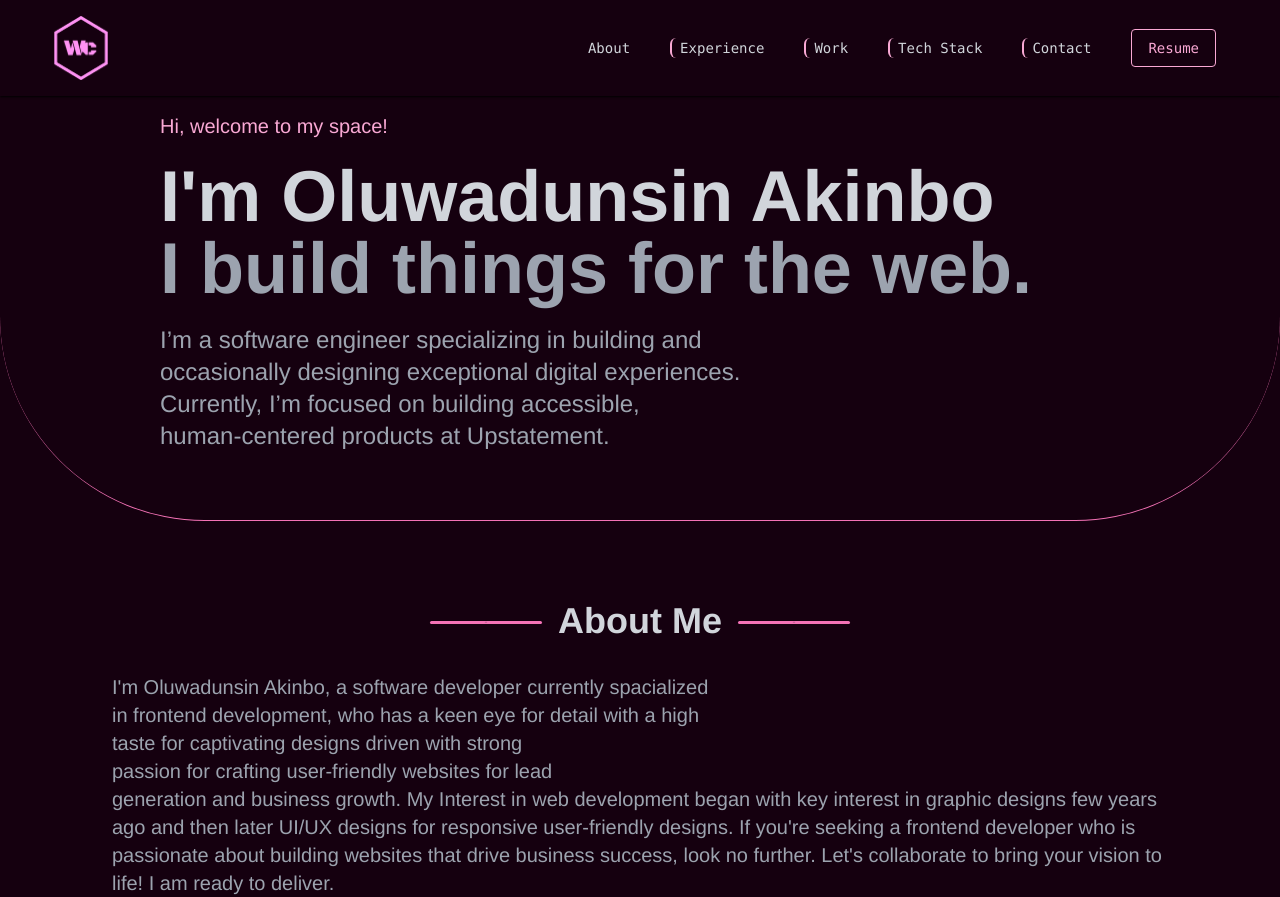
Repository: EmmyDunny1/myPortfolio
Page: / (app in MyPortfolio/)
The author's editor kept a copy of each file at every save. The page is drawn from the files as they stood at one save, then again after the next save.
The browser window is 1280 px wide. The pictures show the whole page.
The project was rebuilt for these pictures with package versions that can differ from the ones it lists, and the page was loaded fresh each time. Also part of the build but not shown: MyPortfolio/vite.config.js.

Above is the page before, as saved 2025-01-14 11:15:55.

### MyPortfolio/index.html
<!doctype html>
<html lang="en">
  <head>
    <meta charset="UTF-8" />
    <link rel="icon" type="image/svg+xml" href="/vite.svg" />
    <meta name="viewport" content="width=device-width, initial-scale=1.0" />
    <title>My Portfolio Website</title>
  </head>
  <body>
    <div id="root"></div>
    <script type="module" src="/src/main.jsx"></script>
  </body>
</html>

### MyPortfolio/src/index.css
@tailwind base;
@tailwind components;
@tailwind utilities;


body{

    max-width: 90rem;
  /* margin-left: 2rem;
  margin-right: 2rem; */
  background:   rgb(21, 0, 15);
  font-family: "Helvetica Neue";
  }

  img {
    width: 12rem;
    height: 7rem;
  }

  p{ font-size: 14px

  }

### MyPortfolio/src/App.jsx
import React from 'react'
import Navbar from './components/Navbar'
import HeroSection from './components/HeroSection'
import AboutMe from './components/AboutMe'
const App = () => {
  return (
    <div>
    <div className=''> <Navbar/> </div>
    <div className='mt-[7rem] border-b border-solid border-pink-400 rounded-full pb-[3rem]'><HeroSection/> </div>
    <div><AboutMe/></div>

    </div>
  )
}

export default App

### MyPortfolio/src/components/Navbar.jsx
import React from 'react'
import WEBCANIC from '../assets/WEBCANIC.png'

const Navbar = () => {
  return (
    <nav className="fixed top-0 left-0 w-full bg-dark-navy shadow-sm  shadow-black text-gray-300 z-10">
    <div className=" flex items-center justify-between py-4 mx-[4rem]">
      <div className="flex items-center">

          <img src={WEBCANIC} className='h-[4rem] w-[4rem] object-cover ml-[-10px]'  alt="" />

      </div>
      <div className="flex items-center space-x-8 ">
        <a
          href="#about"
          className="hover:text-green text-sm font-mono  border-solid border-pink-300 rounded-md px-2 ">
          <div>  </div>  About
        </a>
        <a
          href="#experience"
          className="hover:text-green text-sm font-mono border-l-2 border-solid border-pink-300 rounded-md px-2">
           Experience
        </a>
        <a
          href="#work"
          className="hover:text-green text-sm font-mono border-l-2 border-solid border-pink-300 rounded-md px-2">
           Work
        </a>
        <a
          href="#work"
          className="hover:text-green text-sm font-mono border-l-2 border-solid border-pink-300 rounded-md px-2">
           Tech Stack
        </a>
        <a
          href="#contact"
          className="hover:text-green text-sm font-mono border-l-2 border-solid border-pink-300 rounded-md px-2">
           Contact
        </a>
        <a
          href="/resume.pdf"
          download
          className="border border-green text-pink-300 px-4 py-2 rounded text-sm font-mono hover:bg-green hover:text-dark-navy hover:shadow-sm hover:shadow-gray-300 hover:border-gray-300 hover:text-gray-300 transition border-pink-300">
          Resume
        </a>
      </div>
    </div>
  </nav>
  )
}

export default Navbar

### MyPortfolio/src/components/HeroSection.jsx
import React from 'react'

const HeroSection = () => {
  return (
    <div className='block mx-[10rem] '>

      <div className=''>
        <span className='text-pink-300 text-xl '>Hi, welcome to my space!</span>
        <h1 className='text-7xl text-gray-300 pt-5 font-bold '>I'm Oluwadunsin Akinbo</h1>
        <h2 className='text-7xl text-gray-400 font-bold'>I build things for the web.</h2>

        <p className='text-2xl text-gray-400 py-5'>I’m a software engineer specializing in building and <br />occasionally designing exceptional digital experiences. <br />Currently, I’m focused on building accessible,<br /> human-centered products at Upstatement.</p>


      </div>

    </div>
  )
}

export default HeroSection

### MyPortfolio/src/components/AboutMe.jsx
import React from 'react'
import { FiMinus } from 'react-icons/fi'


const AboutMe = () => {
  return (
    <div className=' mx-[7rem] mt-[5rem]'>
      <div className='flex mx-auto justify-center align-center'>
      <FiMinus className='h-[2.5px] w-[7rem] mt-5 mr-4 rounded-2xl bg-pink-400'/>
        <h1 className='text-gray-300 text-4xl pb-[2rem] font-bold'>  About Me </h1>
         <FiMinus className='h-[2.5px] w-[7rem] mt-5 ml-4 rounded-2xl bg-pink-400'/>
      </div>
    <div className='flex'>
        <div>
            <p className='text-gray-400 text-xl'>I'm Oluwadunsin Akinbo, a software developer currently spacialized <br />in frontend development, who has a keen eye for detail with a high <br />taste for captivating designs driven with strong <br />passion for crafting user-friendly websites for lead <br />generation and business growth.

               My Interest in web development began with key interest in graphic designs few years ago and then later UI/UX designs for responsive user-friendly designs.


              If you're seeking a frontend developer who is passionate about building websites that drive business success, look no further.

              Let's collaborate to bring your vision to life! I am ready to deliver. </p>
        </div>
        <div></div>

    </div>

    </div>
  )
}

export default AboutMe

Loaded but not shown: MyPortfolio/src/main.jsx (common file); MyPortfolio/tailwind.config.js (common file)

After the next save:
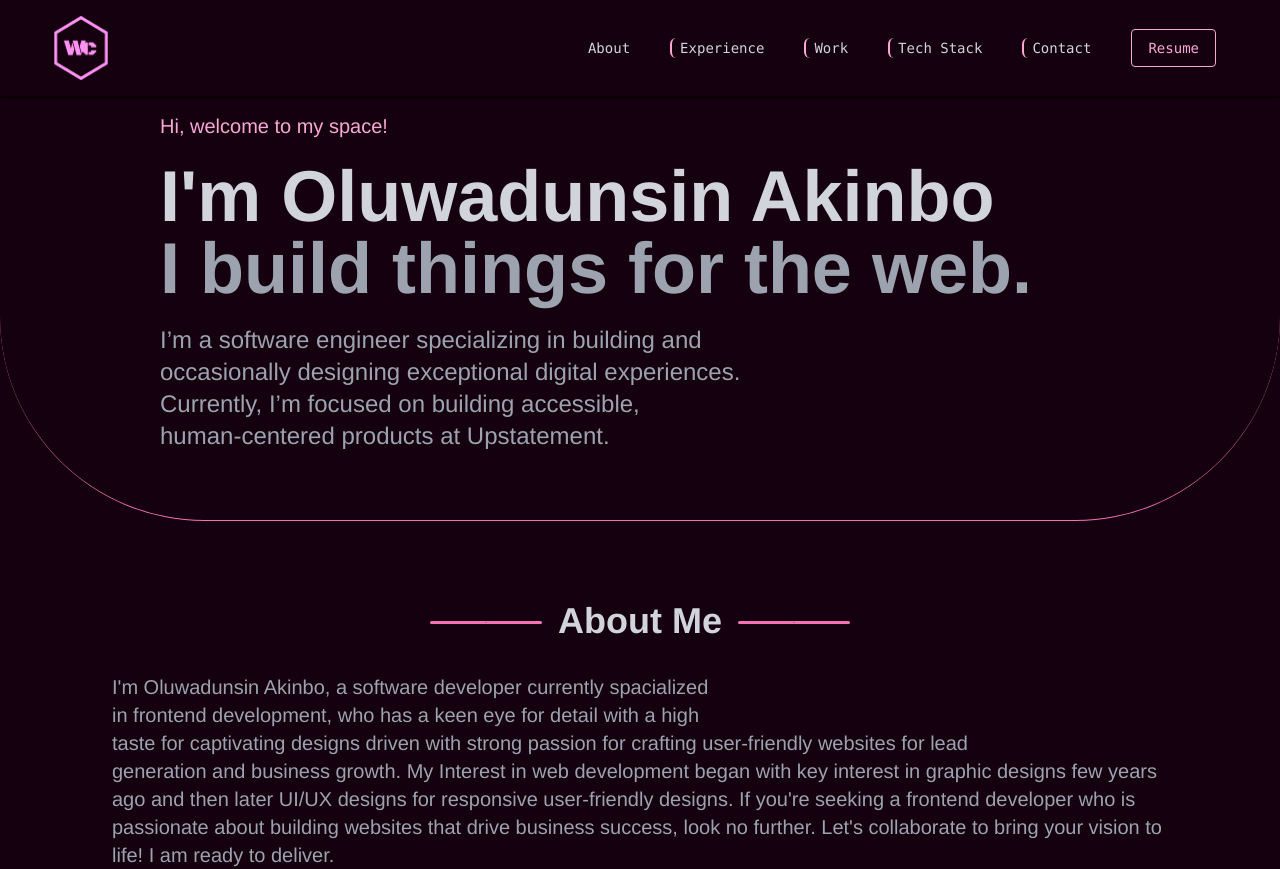
Saved 40 s later.
--- a/MyPortfolio/src/components/AboutMe.jsx
+++ b/MyPortfolio/src/components/AboutMe.jsx
@@ -12,7 +12,7 @@ const AboutMe = () => {
       </div>
     <div className='flex'>
         <div>
-            <p className='text-gray-400 text-xl'>I'm Oluwadunsin Akinbo, a software developer currently spacialized <br />in frontend development, who has a keen eye for detail with a high <br />taste for captivating designs driven with strong <br />passion for crafting user-friendly websites for lead <br />generation and business growth.
+            <p className='text-gray-400 text-xl'>I'm Oluwadunsin Akinbo, a software developer currently spacialized <br />in frontend development, who has a keen eye for detail with a high <br />taste for captivating designs driven with strong passion for crafting user-friendly websites for lead <br />generation and business growth.
 
                My Interest in web development began with key interest in graphic designs few years ago and then later UI/UX designs for responsive user-friendly designs.
 
